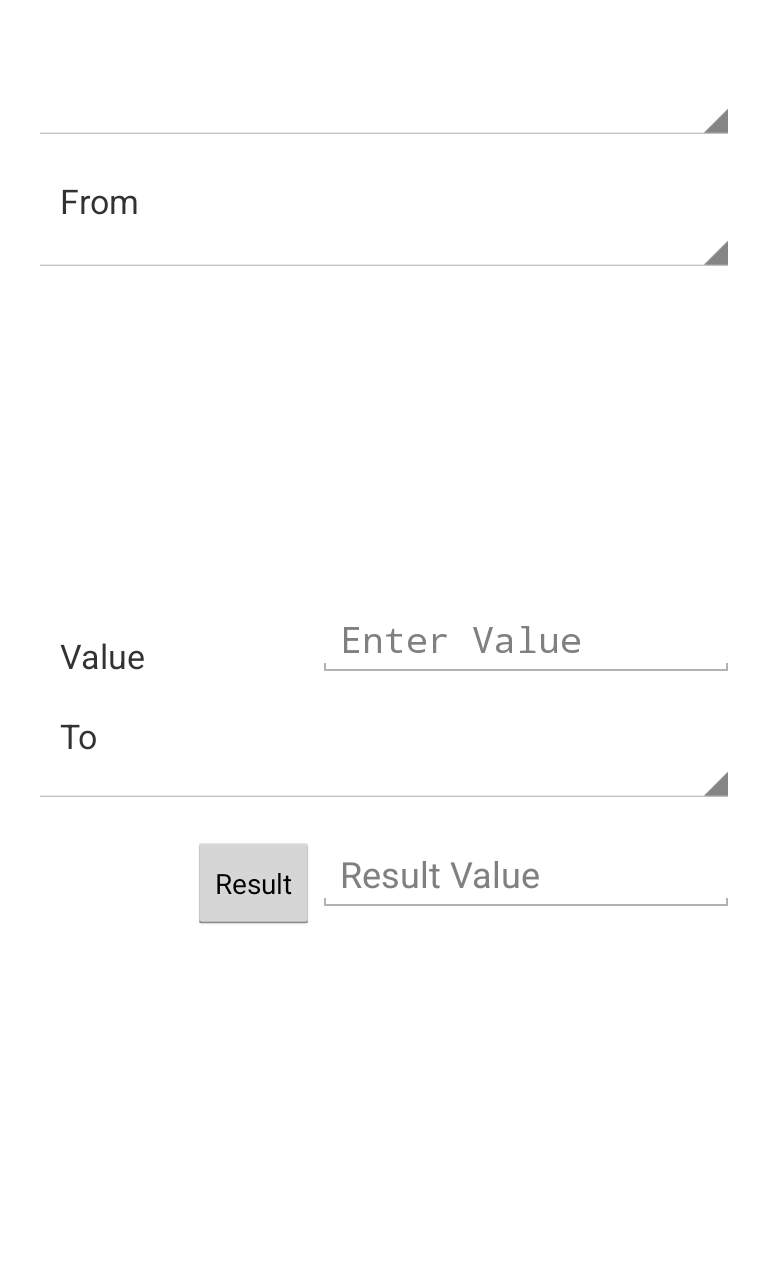
Repository: nisithasadangi/Demo_Nisith
Layout: Converter/res/layout/activity_main.xml
These files come from the project's save history. The layout is drawn as it stood at one moment and after the next save; the edit follows.
It is drawn on a 768 x 1280 px phone screen (xhdpi) without system bars, with theme AppTheme; the app's code is not run.

Above is the layout before, as saved 2015-09-26 06:27:16.

After the next save:
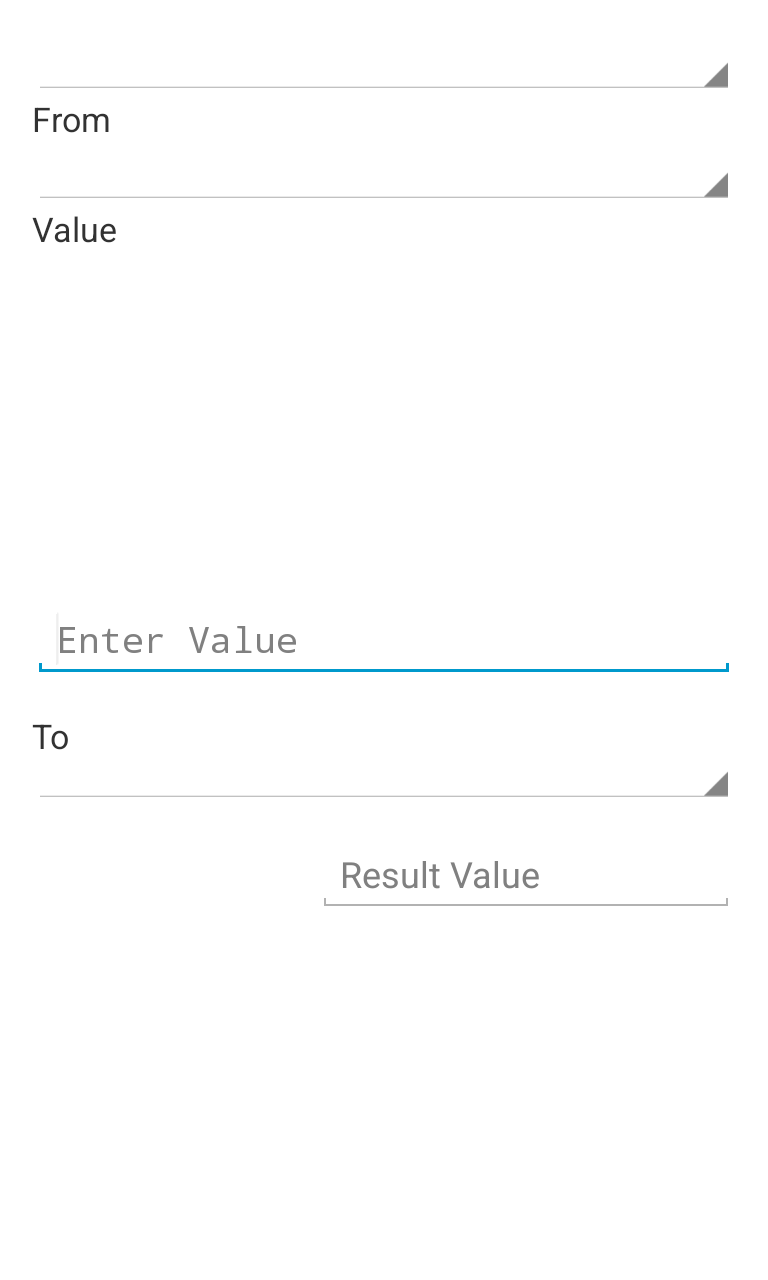
Saved 2 min 45 s later.
--- a/Converter/res/layout/activity_main.xml
+++ b/Converter/res/layout/activity_main.xml
@@ -7,45 +7,6 @@
     android:paddingRight="@dimen/activity_horizontal_margin"
     android:paddingTop="@dimen/activity_vertical_margin"
     tools:context=".MainActivity" >
-
-    <Spinner
-        android:id="@+id/fromunitspinner"
-        android:layout_width="fill_parent"
-        android:layout_height="wrap_content"
-        android:layout_alignLeft="@+id/unitspinner"
-        android:layout_below="@+id/unitspinner"
-        android:layout_marginTop="34dp" />
-
-    <TextView
-        android:id="@+id/textView1"
-        android:layout_width="wrap_content"
-        android:layout_height="wrap_content"
-        android:layout_alignLeft="@+id/fromunitspinner"
-        android:layout_below="@+id/unitspinner"
-        android:layout_marginLeft="14dp"
-        android:layout_marginTop="18dp"
-        android:textSize="17dp"
-        android:text="From"
-        android:textAppearance="?android:attr/textAppearanceSmall" />
-
-    <Spinner
-        android:id="@+id/unitspinner"
-        style="@style/AppBaseTheme"
-        android:layout_width="fill_parent"
-        android:layout_height="wrap_content"
-        android:layout_alignParentTop="true"
-        android:layout_centerHorizontal="true"
-        android:layout_marginTop="23dp" />
-
-    <EditText
-        android:id="@+id/entervalueeditText"
-        android:layout_width="wrap_content"
-        android:layout_height="wrap_content"
-        android:layout_alignRight="@+id/fromunitspinner"
-        android:layout_centerVertical="true"
-        android:ems="10"
-        android:hint="Enter Value"
-        android:inputType="textPassword" />
 
     <Spinner
         android:id="@+id/tounitspinner"
@@ -63,16 +24,6 @@
         android:layout_below="@+id/entervalueeditText"
         android:layout_marginTop="17dp"
         android:text="To"
-        android:textSize="17dp"
-        android:textAppearance="?android:attr/textAppearanceSmall" />
-
-    <TextView
-        android:id="@+id/textView2"
-        android:layout_width="wrap_content"
-        android:layout_height="wrap_content"
-        android:layout_alignBottom="@+id/entervalueeditText"
-        android:layout_alignLeft="@+id/textView3"
-        android:text="Value"
         android:textSize="17dp"
         android:textAppearance="?android:attr/textAppearanceSmall" />
 
@@ -95,4 +46,51 @@
         android:layout_toLeftOf="@+id/entervalueeditText"
         android:text="Result" />
 
+    <EditText
+        android:id="@+id/entervalueeditText"
+        android:layout_width="fill_parent"
+        android:layout_height="wrap_content"
+        android:layout_alignParentRight="true"
+        android:layout_centerVertical="true"
+        android:ems="10"
+        android:hint="Enter Value"
+        android:inputType="textPassword" >
+
+        <requestFocus />
+    </EditText>
+
+    <Spinner
+        android:id="@+id/unitspinner"
+        style="@style/AppBaseTheme"
+        android:layout_width="fill_parent"
+        android:layout_height="wrap_content"
+        android:layout_alignRight="@+id/entervalueeditText" />
+
+    <TextView
+        android:id="@+id/textView1"
+        android:layout_width="wrap_content"
+        android:layout_height="wrap_content"
+        android:layout_alignLeft="@+id/resultbutton"
+        android:layout_below="@+id/unitspinner"
+        android:text="From"
+        android:textAppearance="?android:attr/textAppearanceSmall"
+        android:textSize="17dp" />
+
+    <Spinner
+        android:id="@+id/fromunitspinner"
+        android:layout_width="fill_parent"
+        android:layout_height="wrap_content"
+        android:layout_alignLeft="@+id/unitspinner"
+        android:layout_below="@+id/textView1" />
+
+    <TextView
+        android:id="@+id/textView2"
+        android:layout_width="wrap_content"
+        android:layout_height="wrap_content"
+        android:layout_alignLeft="@+id/textView1"
+        android:layout_below="@+id/fromunitspinner"
+        android:text="Value"
+        android:textAppearance="?android:attr/textAppearanceSmall"
+        android:textSize="17dp" />
+
 </RelativeLayout>
